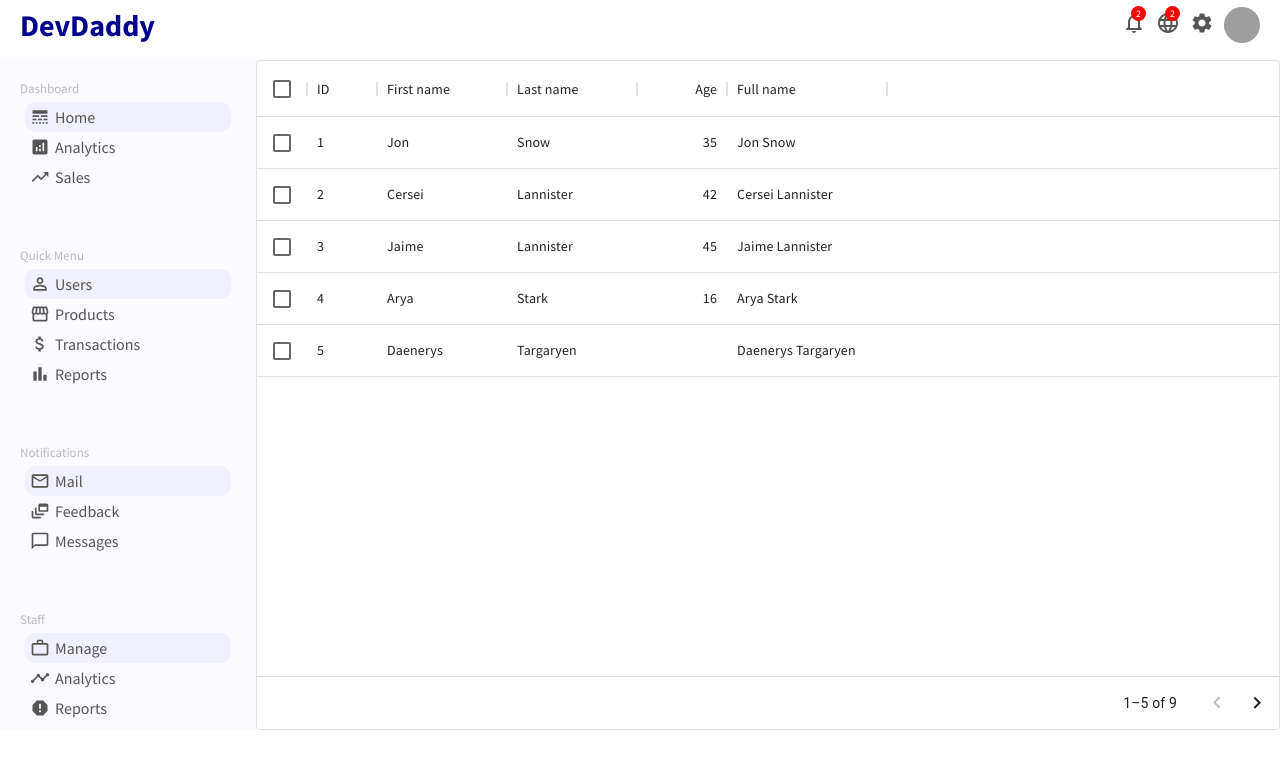
Repository: Marhamat92/react-admin-dashboard
Page: /users
These files come from the project's save history. The page is drawn as it stood at one moment and after the next save; the edit follows.
The browser window is 1280 px wide. The pictures show the whole page.
Pictures or frames that could not be fetched are drawn as grey boxes. The project was rebuilt for these pictures with package versions that can differ from the ones it lists, and the page was loaded fresh each time. Also part of the build but not shown: src/pages/home/home.scss, src/components/featuredInfo/featuredInfo.scss, src/components/featuredInfo/FeaturedInfo.js, src/components/chart/chart.scss, src/components/chart/Chart.js, src/data/userData.js, src/components/widgetSm/widgetSm.scss, src/components/widgetSm/WidgetSm.js and 3 more.

Above is the page before, as saved 2023-02-10 21:27:15.

### public/index.html
<!DOCTYPE html>
<html lang="en">

<head>
  <meta charset="utf-8" />
  <link rel="icon" href="%PUBLIC_URL%/favicon.ico" />
  <meta name="viewport" content="width=device-width, initial-scale=1" />
  <meta name="theme-color" content="#000000" />
  <meta name="description" content="Web site created using create-react-app" />
  <link rel="apple-touch-icon" href="%PUBLIC_URL%/logo192.png" />
  <link rel="preconnect" href="https://fonts.googleapis.com">
  <link rel="preconnect" href="https://fonts.gstatic.com" crossorigin>
  <link href="https://fonts.googleapis.com/css2?family=Source+Sans+Pro:wght@200;300;400;600;700;900&display=swap"
    rel="stylesheet">
  <!--
      manifest.json provides metadata used when your web app is installed on a
      user's mobile device or desktop. See https://developers.google.com/web/fundamentals/web-app-manifest/
    -->
  <link rel="manifest" href="%PUBLIC_URL%/manifest.json" />
  <!--
      Notice the use of %PUBLIC_URL% in the tags above.
      It will be replaced with the URL of the `public` folder during the build.
      Only files inside the `public` folder can be referenced from the HTML.

      Unlike "/favicon.ico" or "favicon.ico", "%PUBLIC_URL%/favicon.ico" will
      work correctly both with client-side routing and a non-root public URL.
      Learn how to configure a non-root public URL by running `npm run build`.
    -->
  <style>
    * {
      font-family: 'Source Sans Pro', sans-serif;
      margin: 0;

    }
  </style>
  <title>DevDaddy Admin Dashboard</title>
</head>

<body>
  <noscript>You need to enable JavaScript to run this app.</noscript>
  <div id="root"></div>
  <!--
      This HTML file is a template.
      If you open it directly in the browser, you will see an empty page.

      You can add webfonts, meta tags, or analytics to this file.
      The build step will place the bundled scripts into the <body> tag.

      To begin the development, run `npm start` or `yarn start`.
      To create a production bundle, use `npm run build` or `yarn build`.
    -->
</body>

</html>

### src/index.js
import React from 'react';
import ReactDOM from 'react-dom/client';
import App from './App';
import { BrowserRouter } from "react-router-dom";


const root = ReactDOM.createRoot(document.getElementById('root'));
root.render(
  <BrowserRouter>
    <App />
  </BrowserRouter>

);

### src/App.js
import Topbar from "./components/Topbar/Topbar";
import Sidebar from "./components/sidebar/Sidebar";
import "./app.scss";
import Home from "./pages/home/Home";
import {
  Routes,
  Route,
  Link,
} from "react-router-dom";
import UserList from "./pages/userList/UserList";


function App() {
  return (
    <>
      <Topbar />
      <div className="container">
        <Sidebar />
        <Routes>
          <Route path="/" element={<Home />} />
          <Route path="/users" element={<UserList />} />
        </Routes>
      </div>
    </>

  );
}

export default App;

### src/components/Topbar/Topbar.jsx
import React from 'react'
import "./topbar.scss"
import { Language, NotificationsNone, Settings } from '@mui/icons-material'

function Topbar() {
  return (
    <div className="topbar" >
       <div className='topbarWrapper' >
          <div className='topLeft' >
            <span className='logo'>DevDaddy</span>
          </div>
          <div className='topRight' >
             <div className='topbarIconContainer' >
               <NotificationsNone/>
                <span className='topIconBadge'>2</span>
             </div>
             <div className='topbarIconContainer' >
               <Language/>
                <span className='topIconBadge'>2</span>
             </div>
             <div className='topbarIconContainer' >
               <Settings/>
             </div>
             <img className='topAvatar' src='https://i.pinimg.com/originals/99/ee/d8/99eed8642bbb66a71d0f1677d18a2587.jpg' alt="jack sheperd" />
          </div>
       </div>
    </div>
  )
}

export default Topbar

### src/components/sidebar/Sidebar.js
import React from 'react'
import './sidebar.scss'
import { Analytics, AttachMoney, ChatBubbleOutline, DynamicFeed, LineStyle, MailOutline, PermIdentity, Report, Storefront, Timeline, TrendingUp, WorkOutline, BarChart } from '@mui/icons-material'



function Sidebar() {
  return (
    <div className='sidebar'>
      <div className='sidebarWrapper'>
        <div className='sidebarMenu' >
          <div className='sidebarTitle'>
            Dashboard
          </div>
          <ul className='sidebarList'>
            <li className='sidebarListItem active'>
              <LineStyle className='sidebarIcon' />
              Home
            </li>
            <li className='sidebarListItem'>
              <Analytics className='sidebarIcon' />
              Analytics
            </li>
            <li className='sidebarListItem'>
              <TrendingUp className='sidebarIcon' />
              Sales
            </li>
          </ul>
        </div>
      </div>

      <div className='sidebarWrapper'>
        <div className='sidebarMenu' >
          <div className='sidebarTitle'>
            Quick Menu
          </div>
          <ul className='sidebarList'>
            <li className='sidebarListItem active'>
              <PermIdentity className='sidebarIcon' />
              Users
            </li>
            <li className='sidebarListItem'>
              <Storefront className='sidebarIcon' />
              Products
            </li>
            <li className='sidebarListItem'>
              <AttachMoney className='sidebarIcon' />
              Transactions
            </li>
            <li className='sidebarListItem'>
              <BarChart className='sidebarIcon' />
              Reports
            </li>
          </ul>
        </div>
      </div>

      <div className='sidebarWrapper'>
        <div className='sidebarMenu' >
          <div className='sidebarTitle'>
            Notifications
          </div>
          <ul className='sidebarList'>
            <li className='sidebarListItem active'>
              <MailOutline className="sidebarIcon" />
              Mail
            </li>
            <li className='sidebarListItem'>
              <DynamicFeed className="sidebarIcon" />
              Feedback
            </li>
            <li className='sidebarListItem'>
              <ChatBubbleOutline className="sidebarIcon" />
              Messages
            </li>
          </ul>
        </div>
      </div>

      <div className='sidebarWrapper'>
        <div className='sidebarMenu' >
          <div className='sidebarTitle'>
            Staff
          </div>
          <ul className='sidebarList'>
            <li className='sidebarListItem active'>
              <WorkOutline className="sidebarIcon" />
              Manage
            </li>
            <li className='sidebarListItem'>
              <Timeline className="sidebarIcon" />
              Analytics
            </li>
            <li className='sidebarListItem'>
              <Report className="sidebarIcon" />
              Reports
            </li>
          </ul>
        </div>
      </div>
    </div>
  )
}

export default Sidebar

### src/app.scss
.container {
  display:flex;
  margin-top: 10px;
}

### src/pages/userList/UserList.js
import React from 'react'
import './userList.scss'
import { DataGrid } from '@mui/x-data-grid';

const columns = [
  { field: 'id', headerName: 'ID', width: 70 },
  { field: 'firstName', headerName: 'First name', width: 130 },
  { field: 'lastName', headerName: 'Last name', width: 130 },
  {
    field: 'age',
    headerName: 'Age',
    type: 'number',
    width: 90,
  },
  {
    field: 'fullName',
    headerName: 'Full name',
    description: 'This column has a value getter and is not sortable.',
    sortable: false,
    width: 160,
    valueGetter: (params) =>
      `${params.row.firstName || ''} ${params.row.lastName || ''}`,
  },
];

const rows = [
  { id: 1, lastName: 'Snow', firstName: 'Jon', age: 35 },
  { id: 2, lastName: 'Lannister', firstName: 'Cersei', age: 42 },
  { id: 3, lastName: 'Lannister', firstName: 'Jaime', age: 45 },
  { id: 4, lastName: 'Stark', firstName: 'Arya', age: 16 },
  { id: 5, lastName: 'Targaryen', firstName: 'Daenerys', age: null },
  { id: 6, lastName: 'Melisandre', firstName: null, age: 150 },
  { id: 7, lastName: 'Clifford', firstName: 'Ferrara', age: 44 },
  { id: 8, lastName: 'Frances', firstName: 'Rossini', age: 36 },
  { id: 9, lastName: 'Roxie', firstName: 'Harvey', age: 65 },
];

function UserList() {
  return (
    <div className='userList' >
      <DataGrid
        rows={rows}
        columns={columns}
        pageSize={5}
        rowsPerPageOptions={[5]}
        checkboxSelection
      /></div>
  )
}

export default UserList

### src/components/Topbar/topbar.scss
.topbar{
  width:100%;
  height: 50px;
  background-color: white;
  position: sticky;
  top:0;
  z-index: 999;
}

.topbarWrapper{
  height: 100%;
  padding: 0px 20px;
  display: flex;
  align-items: center;
  justify-content: space-between;
}

.logo{
  font-weight:bold;
  font-size: 30px;
  color:darkblue;
  cursor: pointer;
}

.topRight{
  display:flex;
  align-items: center;
}

.topbarIconContainer{
  position:relative;
  cursor: pointer;
  margin-right:10px;
  color:#555;
}

.topIconBadge{
  width: 15px;
  height: 15px;
  display: flex;
  align-items: center;
  justify-content: center;
  position:absolute;
  top:-5px;
  right:0px;
  background-color: red;
  color:white;
  border-radius: 50%;
  font-size: 10px;
}

.topAvatar{
  width: 36px;
  height: 36px;
  border-radius: 50%;
  object-fit: cover;
  cursor: pointer;
}

### src/components/sidebar/sidebar.scss
.sidebar{
  flex:1;
  height:calc(100vh - 50px);
  background-color: rgb(251,251,255);
  position: sticky;
  top: 50px;
  align-self: flex-start;

}

.sidebarWrapper{
  padding: 20px;
  color:#555;
}

.sidebarMenu{
  margin-bottom:10px;
}

.sidebarTitle{
  font-size: 13px;
  color:rgb(187,186,186);
}

.sidebarList{
  list-style: none;
  padding:5px;
}

.sidebarListItem{
  padding:5px;
  cursor:pointer;
  display:flex;
  align-items:center;
  border-radius: 10px;
}

.sidebarListItem.active,
.sidebarListItem:hover{
  background-color: rgb(240,240,255);
}

.sidebarIcon{
  margin-right: 5px;
  font-size: 20px !important;
}

### src/pages/userList/userList.scss
.userList{
  display: flex;
  flex:4;
}

After the next save:
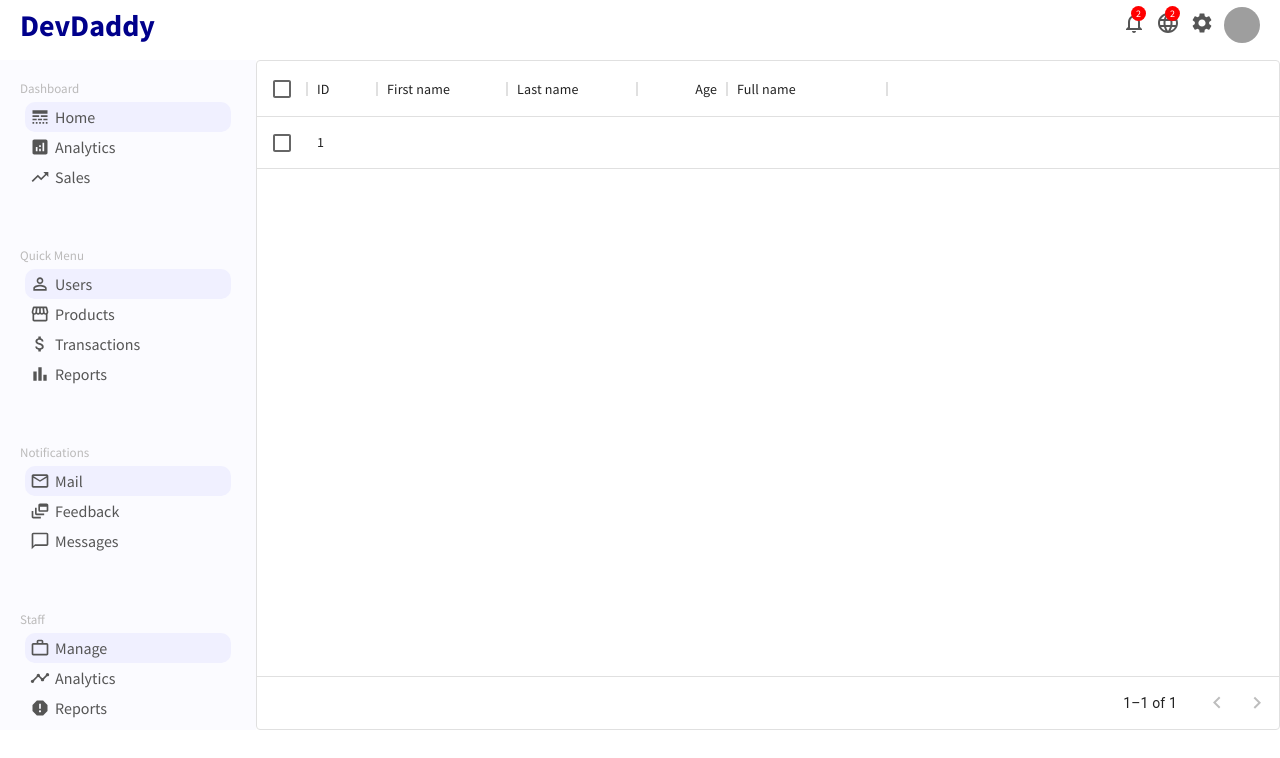
Saved 5 min 23 s later.
--- a/src/pages/userList/UserList.js
+++ b/src/pages/userList/UserList.js
@@ -24,15 +24,8 @@ const columns = [
 ];
 
 const rows = [
-  { id: 1, lastName: 'Snow', firstName: 'Jon', age: 35 },
-  { id: 2, lastName: 'Lannister', firstName: 'Cersei', age: 42 },
-  { id: 3, lastName: 'Lannister', firstName: 'Jaime', age: 45 },
-  { id: 4, lastName: 'Stark', firstName: 'Arya', age: 16 },
-  { id: 5, lastName: 'Targaryen', firstName: 'Daenerys', age: null },
-  { id: 6, lastName: 'Melisandre', firstName: null, age: 150 },
-  { id: 7, lastName: 'Clifford', firstName: 'Ferrara', age: 44 },
-  { id: 8, lastName: 'Frances', firstName: 'Rossini', age: 36 },
-  { id: 9, lastName: 'Roxie', firstName: 'Harvey', age: 65 },
+  { id: 1, username: 'Jhon Snow', avatar: 'https://images.unsplash.com/photo-1627335050929-6b8b5b5e6f0c?ixid=MnwxMjA3fDB8MHxwaG90by1wYWdlfHx8fGVufDB8fHx8&ixlib=rb-1.2.1&auto=format&fit=crop&w=500&q=60', email: "hon@gmail.com", status: "active", transaction: "$120.00" },
+
 ];
 
 function UserList() {
